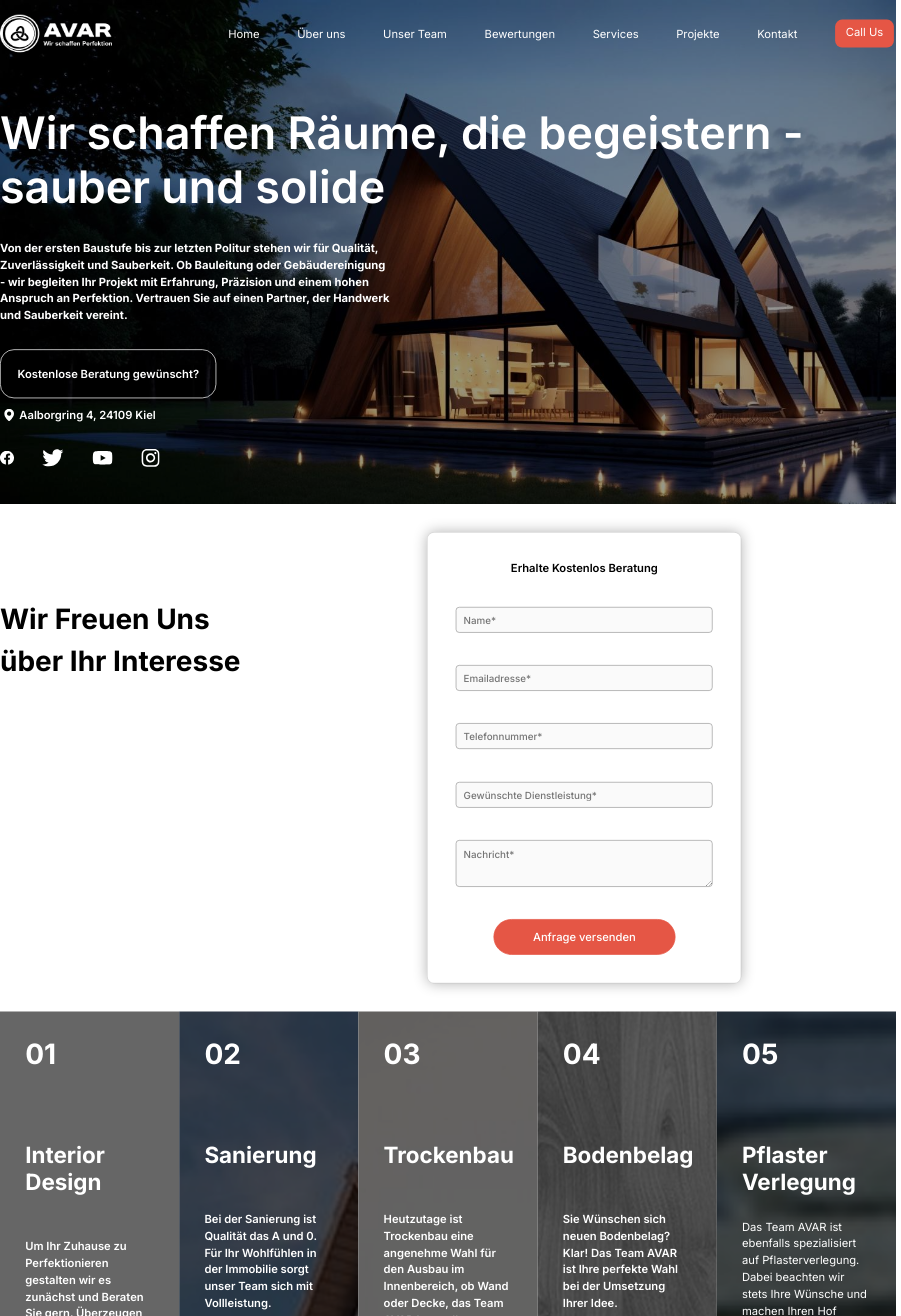
Repository: AlazarStudio/avar_react
Page: /
The author's editor kept a copy of each file at every save. The page is drawn from the files as they stood at one save, then again after the next save.
The browser window is 1280 px wide. The page is 1287 px wide, so the pictures cover 1287 px, including what lies to the right of the window. The pictures show the part of the page from y = 0 to 1880 px (the page is 8058 px tall), at 70% of full size.
The project was rebuilt for these pictures with package versions that can differ from the ones it lists, and the page was loaded fresh each time. Also part of the build but not shown: vite.config.js, src/Components/Pages/Non_Found_Page.jsx, src/Components/Pages/HomePage/HomePage.module.css, src/Components/Pages/UberUnsPage/UberUnsPage.module.css, src/Components/ui/UberUnsContainers/Container1/Container1.module.css, src/Components/ui/UberUnsContainers/Container1/Container1.jsx, src/Components/ui/UberUnsContainers/Container2/Container2.module.css, src/Components/ui/UberUnsContainers/Container2/Container2.jsx and 55 more.

Above is the page before, as saved 2025-07-04 15:33:06.

After the next save:
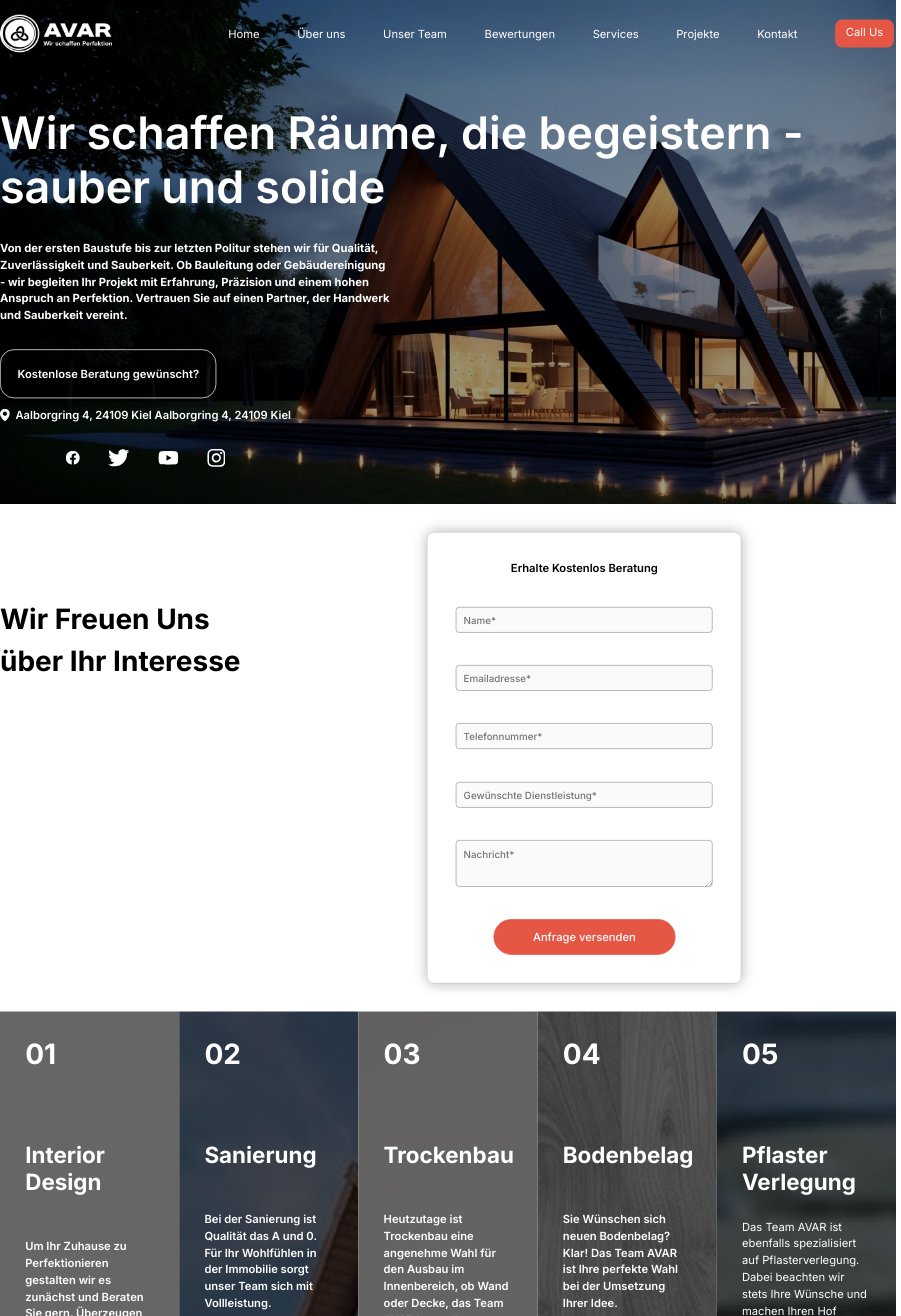
Saved 15 s later.
--- a/src/Components/ui/HomePageContainers/Container1/Container1.jsx
+++ b/src/Components/ui/HomePageContainers/Container1/Container1.jsx
@@ -28,6 +28,7 @@
             <span>
               <img src="../images/coolicon (5).svg" />
               Aalborgring 4, 24109 Kiel
+              Aalborgring 4, 24109 Kiel
             </span>
             <div className={classes.contact}>
               <img src="../images/coolicon (1).svg" />

After the save that followed:
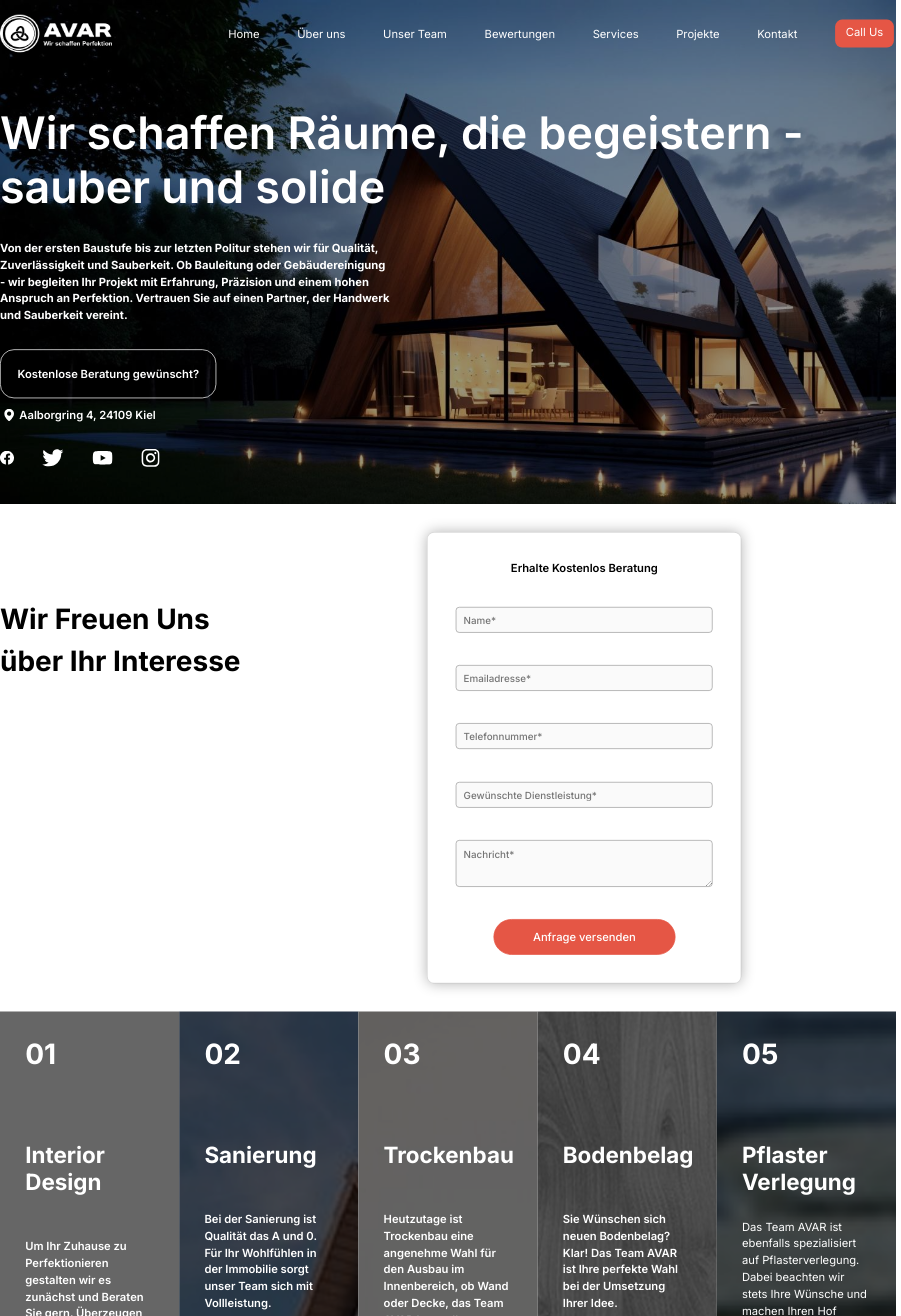
Saved 6 s later.
--- a/src/Components/ui/HomePageContainers/Container1/Container1.jsx
+++ b/src/Components/ui/HomePageContainers/Container1/Container1.jsx
@@ -28,7 +28,6 @@
             <span>
               <img src="../images/coolicon (5).svg" />
               Aalborgring 4, 24109 Kiel
-              Aalborgring 4, 24109 Kiel
             </span>
             <div className={classes.contact}>
               <img src="../images/coolicon (1).svg" />
